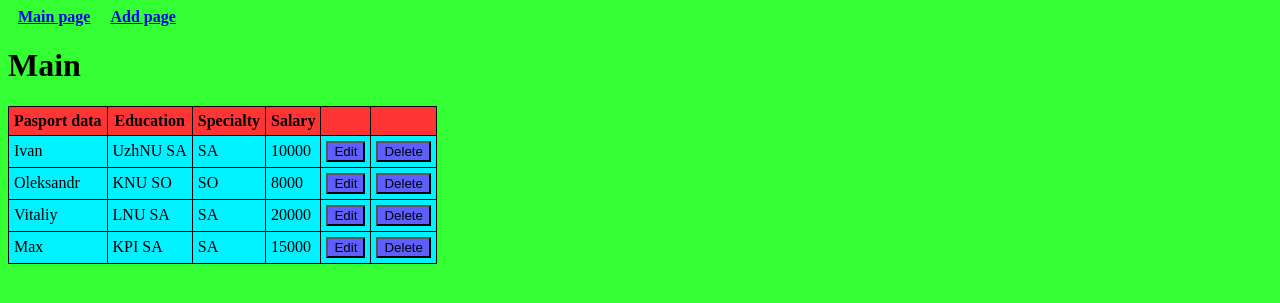
Repository: Alan-Melnychenko/vue
Page: / (app in Project/)
These files come from the project's save history. The page is drawn as it stood at one moment and after the next save; the edit follows.
The browser window is 1280 px wide. The pictures show the whole page.
The project was rebuilt for these pictures with package versions that can differ from the ones it lists, and the page was loaded fresh each time. Also part of the build but not shown: Project/vue.config.js, Project/src/pages/Add/index.vue, Project/src/pages/Edit/index.vue.

Above is the page before, as saved 2022-11-08 23:30:32.

### Project/src/App.vue
<template>
  <div>
    <header>
      <router-link class="link" to="/"><b>Main page</b></router-link>
      <router-link class="link" to="/add"><b>Add page</b></router-link>
    </header>
    <main>
      <router-view></router-view>
    </main>
  </div>
</template>
<script>
export default {
  name: "App",
  components: {},
};
</script>

<style>
button {
  background-color: rgb(95, 95, 255);
}
table {
  background-color: rgb(0, 242, 255);
}
body {
  background-color: rgb(51, 255, 51);
}
.link {
  margin: 10px;
}
table {
  border-collapse: collapse;
  border: 1px solid black;
  padding: 2px;
}
th {
  background-color: rgb(255, 53, 53);
  border: 1px solid black;
  padding: 5px;
}
td {
  border: 1px solid black;
  padding: 5px;
}
</style>

### Project/src/router.js
import { createRouter, createWebHashHistory } from "vue-router";

import MainPage from "./pages/Main/index.vue";
import AddPage from "./pages/Add/index.vue";
import EditPage from "./pages/Edit/index.vue";

const routes = [
  {
    path: "/",
    name: "main",
    component: MainPage,
  },
  {
    path: "/add",
    name: "add",
    component: AddPage,
  },
  {
    path: "/edit/:id?",
    name: "edit",
    component: EditPage,
  },
];

const router = createRouter({
  history: createWebHashHistory(),
  routes,
});

export default router;

### Project/src/store/index.js
import { createStore } from "vuex";

const store = createStore({
  state() {
    return {
      listData: [
        {
          id: 0,
          pasport: "Ivan",
          education: "UzhNU SA",
          specialty: "SA",
          salary: 10000,
        },
        {
          id: 1,
          pasport: "Oleksandr",
          education: "KNU SO",
          specialty: "SO",
          salary: 8000,
        },
        {
          id: 2,
          pasport: "Vitaliy",
          education: "LNU SA",
          specialty: "SA",
          salary: 20000,
        },
        {
          id: 3,
          pasport: "Max",
          education: "KPI SA",
          specialty: "SA",
          salary: 15000,
        },
      ],
    };
  },
  getters: {
    getAllListData: (state) => state.listData,
    getEmployeeById: (state) => (id) => {
      return state.listData[id];
    },
  },

  mutations: {
    addNewEmployee(state, arr) {
      state.listData.push(arr);
    },
    editEmployee(state, arr) {
      state.listData[arr[0]] = arr[1];
    },
    deleteEmployee(state, id) {
      state.listData = state.listData.filter((item) => item.id !== id);
    },
  },
  actions: {
    addNewEmployeeAction({ commit }, arr) {
      commit("addNewEmployee", arr);
    },
    editEmployeeAction({ commit }, arr) {
      commit("editEmployee", arr);
    },
    deleteEmployeeAction({ commit }, id) {
      commit("deleteEmployee", id);
    },
  },
});

export default store;

### Project/src/pages/Main/index.vue
<template>
  <div>
    <h1>Main</h1>
    <table>
      <tr>
        <th>Pasport data</th>
        <th>Education</th>
        <th>Specialty</th>
        <th>Salary</th>
        <th></th>
        <th></th>
      </tr>
      <employee-card
        v-for="item in getAllListData"
        :key="item.id"
        :pasport="item.pasport"
        :education="item.education"
        :specialty="item.specialty"
        :salary="item.salary"
      />
    </table>
  </div>
</template>

<script>
import employeeCard from "@/components/employee.vue";
import { mapGetters } from "vuex";
export default {
  name: "MainPage",
  components: {
    employeeCard,
  },
  computed: {
    ...mapGetters(["getAllListData"]),
  },
  methods: {
    goToAdd() {
      this.$router.push({ path: "/add" });
    },
    goToEdit() {
      this.$router.push({ path: "/edit" });
    },
  },
};
</script>

<style lang="css" scoped></style>

### Project/src/components/employee.vue
<template>
  <tr>
    <td>{{ pasport }}</td>
    <td>{{ education }}</td>
    <td>{{ specialty }}</td>
    <td>{{ salary }}</td>
    <td><button @click="onEdit(id)">Edit</button></td>
    <td><button @click="onDelete(id)">Delete</button></td>
  </tr>
</template>

<script>
import { mapActions } from "vuex";
export default {
  name: "employeeCard",

  props: {
    id: {
      type: Number,
      default: 0,
    },
    pasport: {
      type: String,
      default: "No pasport data",
    },
    education: {
      type: String,
      default: "No education",
    },
    specialty: {
      type: String,
      default: "No specialty",
    },
    salary: {
      type: Number,
      default: 0,
    },
  },
  methods: {
    ...mapActions(["deleteEmployeeAction"]),
    onEdit(id) {
      this.$router.push({
        name: "edit",
        params: { id: id },
      });
    },
    onDelete(id) {
      this.deleteEmployeeAction(id);
    },
  },
};
</script>

<style lang="css" scoped></style>

Loaded but not shown: Project/public/index.html (common file); Project/src/main.js (common file)

After the next save:
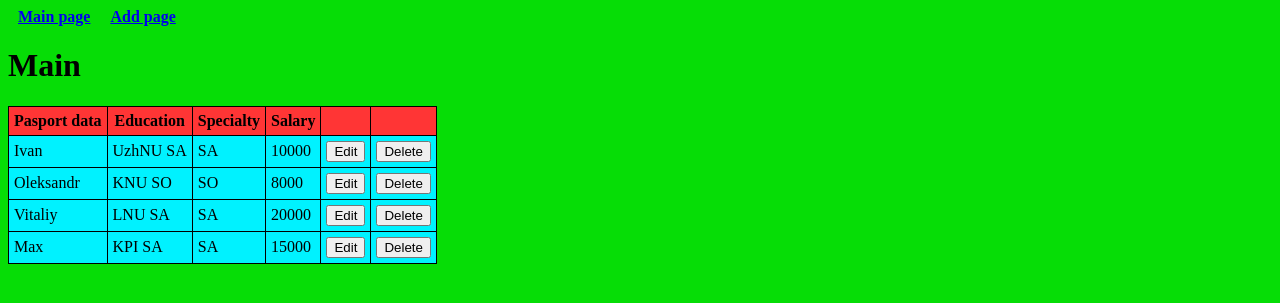
Saved 38 s later.
--- a/Project/src/App.vue
+++ b/Project/src/App.vue
@@ -17,14 +17,11 @@ export default {
 </script>
 
 <style>
-button {
-  background-color: rgb(95, 95, 255);
-}
 table {
   background-color: rgb(0, 242, 255);
 }
 body {
-  background-color: rgb(51, 255, 51);
+  background-color: rgb(6, 221, 6);
 }
 .link {
   margin: 10px;
